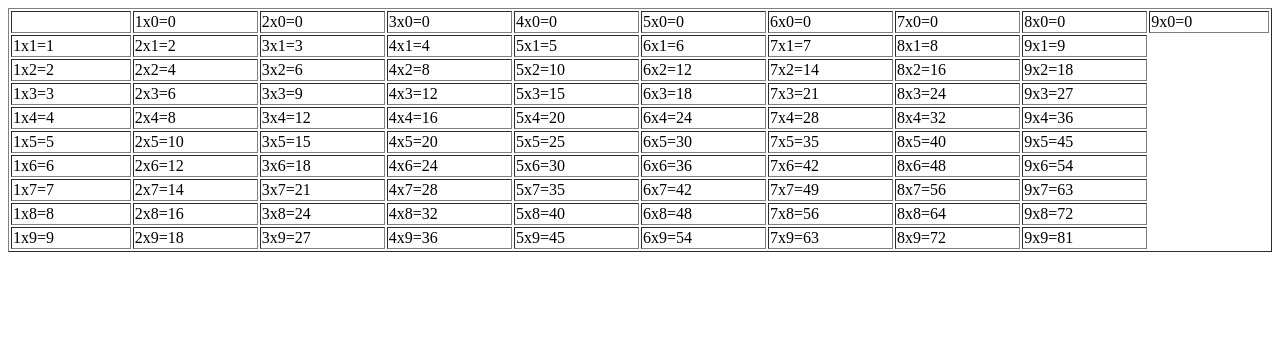
Repository: JeongDaejin/JSP-
Page: http://localhost/ServletTest/expressionTest.jsp
The author's editor kept a copy of each file at every save. The page is drawn from the files as they stood at one save, then again after a run of saves.
The browser window is 1280 px wide. The pictures show the whole page.
The page is served by Tomcat 9. Other server files are loaded and not shown.

Above is the page before, as saved 2023-02-01 05:47:38.

### JSPExam2/ServletTest/src/main/webapp/expressionTest.jsp
<%@ page language="java" contentType="text/html; charset=EUC-KR"
    pageEncoding="EUC-KR"%>
    <%@ page import="java.util.Calendar" %>
<!DOCTYPE html>


<%
Calendar c =Calendar.getInstance();
int hour=c.get(Calendar.HOUR_OF_DAY);
int minute=c.get(Calendar.MINUTE);
int second=c.get(Calendar.SECOND);
%>
<html>
<head>
<title>구구단</title>
</head>
<body>
<TABLE border="1">

<% for(int i=0; i<10;i++){
	%>
	<tr>
	<% for(int j=1; j<10; j++){

		%>
		<% if(i==0 && j==1){%>
			<td></td>
			<% }%>
		<td style="width: 200pt;"><%=j %>x<%=i %>=<%=i*j %></td>
<%
	}
	%>
	</tr>
	<%
} %>
</TABLE>
<%-- <h1>현재시간 <%=hour %>시 <%=minute %>분 <%=second %>초</h1>
<%if(hour>=12){ %>
<h2>오후 입니다.</h2>
<%} else { %>
<h2>오전 입니</h2> --%>
</body>
</html>

After the next 2 saves:
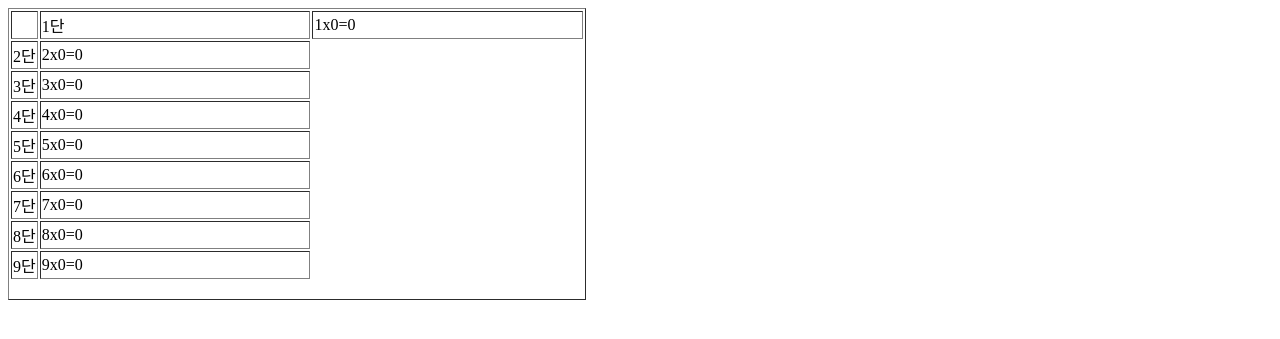
The 2 saves are shown as one change because 1 did not build or start.
The last was saved 114 s later.
--- a/JSPExam2/ServletTest/src/main/webapp/expressionTest.jsp
+++ b/JSPExam2/ServletTest/src/main/webapp/expressionTest.jsp
@@ -26,6 +26,8 @@ int second=c.get(Calendar.SECOND);
 		<% if(i==0 && j==1){%>
 			<td></td>
 			<% }%>
+			<% if(i==0){%>
+			<td><%=j %>단</td>
 		<td style="width: 200pt;"><%=j %>x<%=i %>=<%=i*j %></td>
 <%
 	}
@@ -33,6 +35,7 @@ int second=c.get(Calendar.SECOND);
 	</tr>
 	<%
 } %>
+<%} %>
 </TABLE>
 <%-- <h1>현재시간 <%=hour %>시 <%=minute %>분 <%=second %>초</h1>
 <%if(hour>=12){ %>
